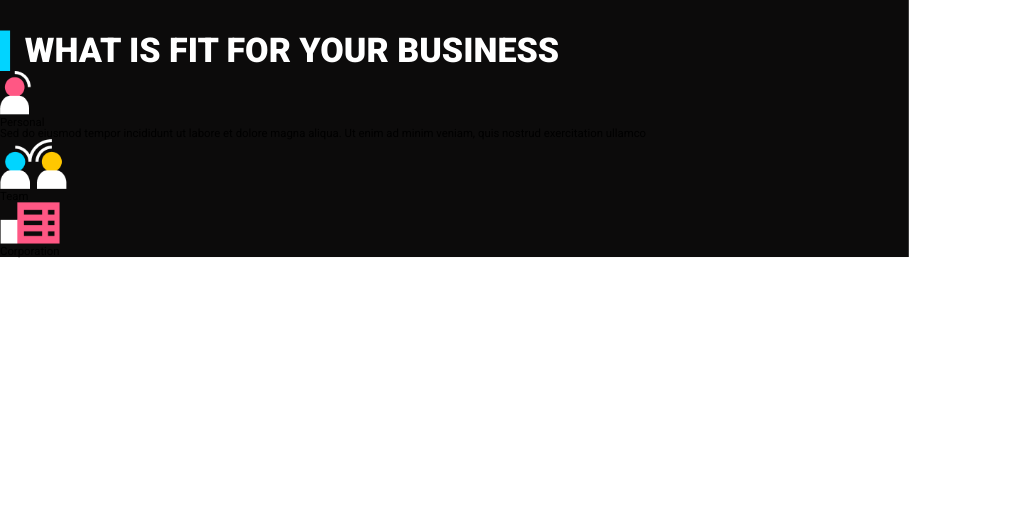
Repository: VetaWhale/team-site-test
Page: index.html
The author's editor kept a copy of each file at every save. The page is drawn from the files as they stood at one save, then again after the next save.
The browser window is 1280 px wide. The page is 1440 px wide, so the pictures cover 1440 px, including what lies to the right of the window. The pictures show the whole page, at 71% of full size.
Some web fonts or font styles are not loaded; a fallback is used.

Above is the page before, as saved 2023-04-24 10:45:15.

After the next save:
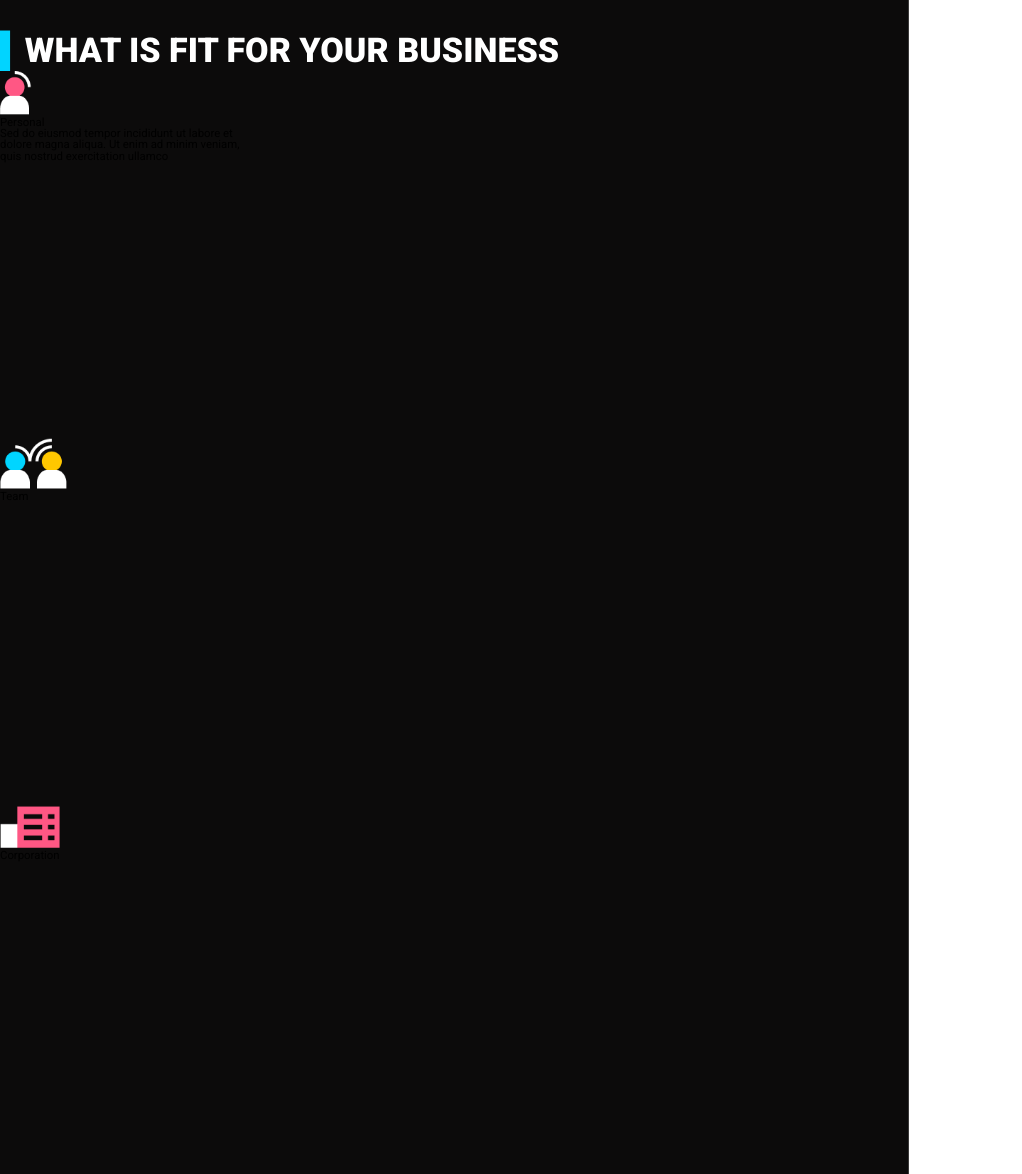
Saved 2 h 25 min later.
--- a/css/business.css
+++ b/css/business.css
@@ -18,3 +18,8 @@
     display: flex;
     gap: 20px;
 }
+
+.business__item {
+    width: 356px;
+    height: 518px;
+}
